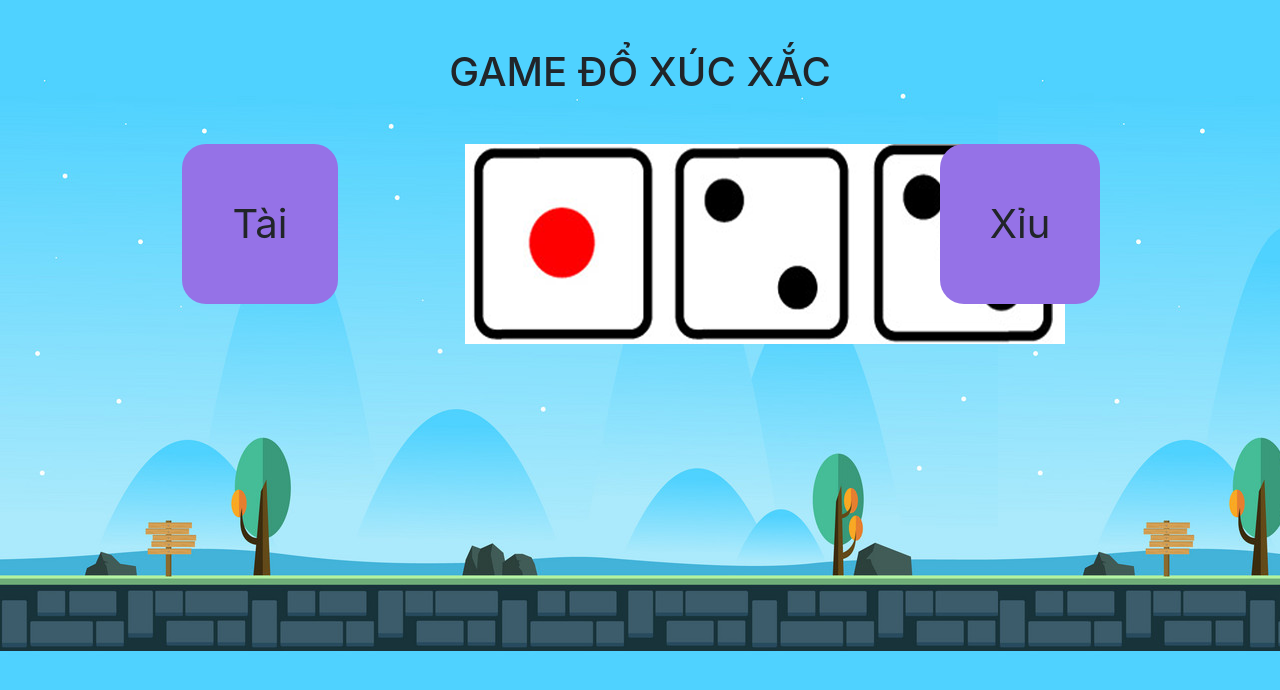
Repository: dovanthao2404/game-xuc-sac
Page: /
An editor plug-in stored every save of this project. The page is shown before and after the next save, followed by the edit.
The browser window is 1280 px wide. The pictures show the whole page.
The project was rebuilt for these pictures with package versions that can differ from the ones it lists, and the page was loaded fresh each time.

Above is the page before, as saved 2021-09-11 13:08:13.

### public/index.html
<!DOCTYPE html>
<html lang="en">

<head>
  <meta charset="utf-8" />
  <link rel="icon" href="%PUBLIC_URL%/favicon.ico" />
  <meta name="viewport" content="width=device-width, initial-scale=1" />
  <meta name="theme-color" content="#000000" />
  <meta name="description" content="Web site created using create-react-app" />
  <link rel="apple-touch-icon" href="%PUBLIC_URL%/logo192.png" />
  <link rel="manifest" href="%PUBLIC_URL%/manifest.json" />
  <title>React App</title>
  <link rel="stylesheet" href="https://cdn.jsdelivr.net/npm/bootstrap@4.6.0/dist/css/bootstrap.min.css"
    integrity="sha384-B0vP5xmATw1+K9KRQjQERJvTumQW0nPEzvF6L/Z6nronJ3oUOFUFpCjEUQouq2+l" crossorigin="anonymous">
  <link rel="stylesheet" href="%PUBLIC_URL%/css/style.css">
</head>

<body>
  <noscript>You need to enable JavaScript to run this app.</noscript>
  <div id="root"></div>
</body>

</html>

### src/index.css
body {
  margin: 0;
  padding: 0;
  box-sizing: border-box;
  font-family: -apple-system, BlinkMacSystemFont, 'Segoe UI', 'Roboto', 'Oxygen',
    'Ubuntu', 'Cantarell', 'Fira Sans', 'Droid Sans', 'Helvetica Neue',
    sans-serif;
  -webkit-font-smoothing: antialiased;
  -moz-osx-font-smoothing: grayscale;
}

code {
  font-family: source-code-pro, Menlo, Monaco, Consolas, 'Courier New',
    monospace;
}

### src/App.js


function App() {
  return (
    <div className="main">
      <div className="container mt-5">
        <div className="title mb-5">
          <h1 className="text-center">GAME ĐỔ XÚC XẮC</h1>
        </div>
        <div>
          <div class="row justify-content-between">
            <div className="col-4">
              <div className="type d-flex justify-content-center align-items-center">
                <span>Tài</span>
              </div>
            </div>
            <div className="col-4">
              <div className="d-flex">
                <img src="./images/1.png" alt="" />
                <img src="./images/2.png" alt="" />
                <img src="./images/3.png" alt="" />
              </div>
            </div>
            <div className="col-4">
              <div className="type d-flex justify-content-center align-items-center">
                <span>Xỉu</span>
              </div>
            </div>
          </div>
        </div>
      </div>
    </div>
  );
}

export default App;

### public/css/style.css
.main {
  background-image: url(./../images/bgGame.png);
  top: 0;
  left:0;
  right: 0;
  bottom: 0;
  display: block;
  position: absolute;
  z-index: -10;
}

.type span{
  display: block;
  padding: 50px;
  border-radius: 24px;
  font-size: 40px;
  background: rgb(149, 114, 231);
}

Loaded but not shown: src/index.js (common file); src/reportWebVitals.js (common file)

After the next save:
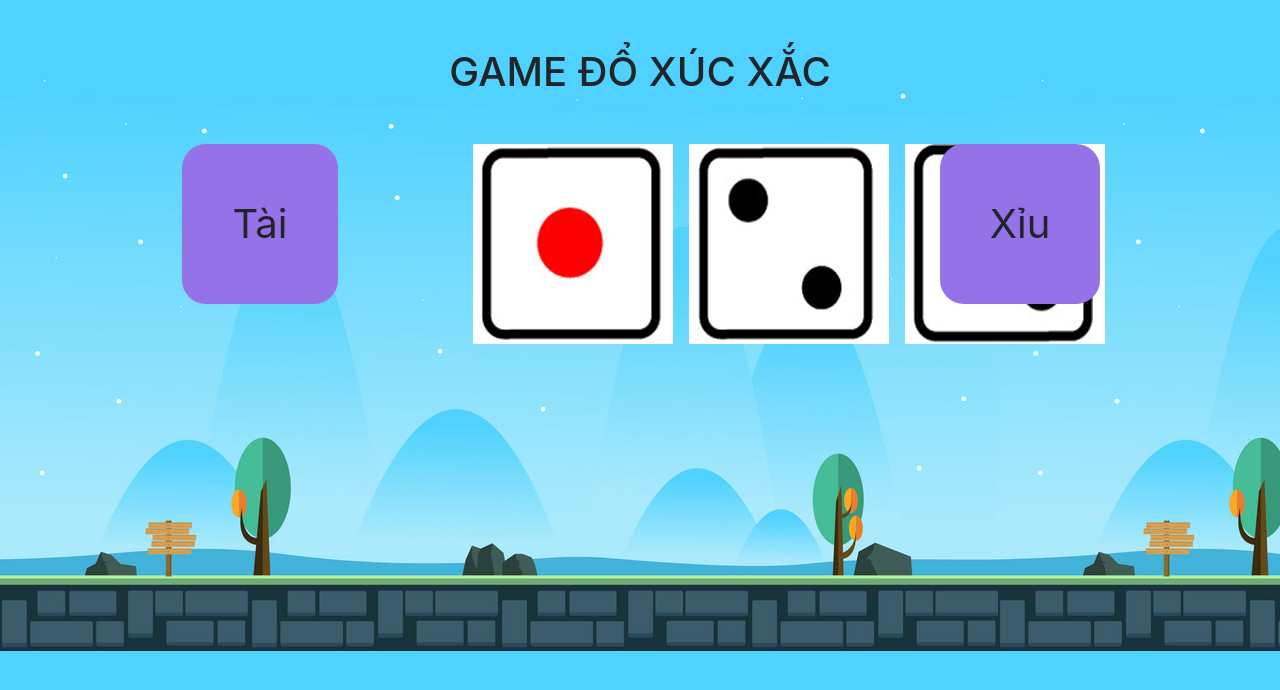
Saved 22 s later.
--- a/public/css/style.css
+++ b/public/css/style.css
@@ -16,3 +16,7 @@
   font-size: 40px;
   background: rgb(149, 114, 231);
 }
+
+img {
+  margin: 0 8px;
+}
